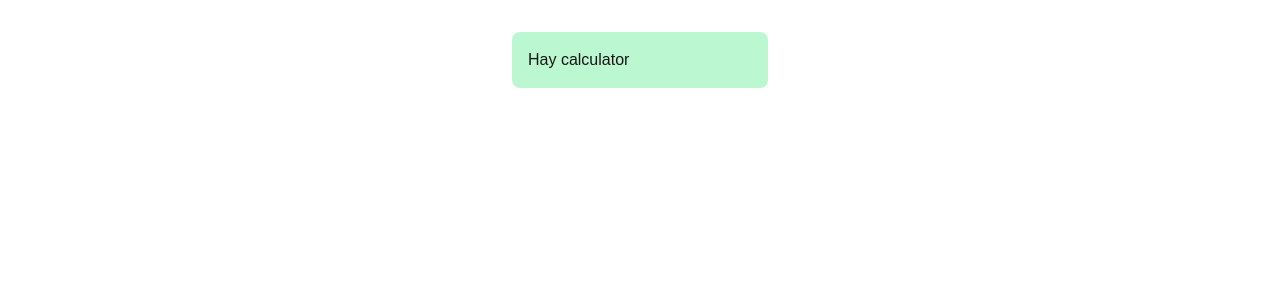
Repository: Sirinegaddour11/Calculator-App
Page: /
These files come from the project's save history. The page is drawn as it stood at one moment and after a run of saves; the edit follows.
The browser window is 1280 px wide. The pictures show the whole page.
The project was rebuilt for these pictures with package versions that can differ from the ones it lists, and the page was loaded fresh each time. The framework's server and built-in components were replaced by stand-ins that run in the browser. Also part of the build but not shown: next.config.mjs.

Above is the page before, as saved 2024-09-16 13:26:57.

### app/page.tsx
import Calculator from "@/components/calculator";
import Image from "next/image";

export default function Home() {
  return (
    <div>
      <Calculator />
    </div>
  );
}

### components/calculator.tsx
import React from 'react'

const Calculator = () => {
  return (
    <div className='w-64 mx-auto mt-8 p-4 bg-green-200 rounded-lg sh'>Hay calculator</div>
  )
}

export default Calculator

Loaded but not shown: app/layout.tsx (common file); app/globals.css (common file); tailwind.config.ts (common file)

After the next 2 saves:
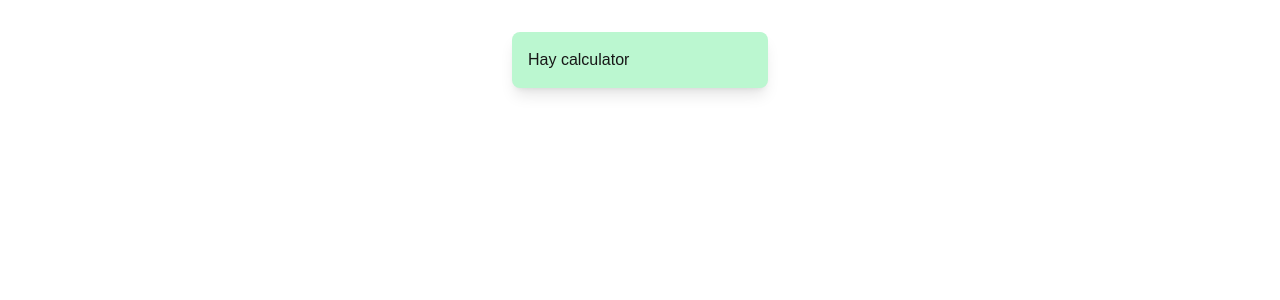
The 2 saves are shown as one change because they came seconds apart.
The last was saved 11 s later.
--- a/components/calculator.tsx
+++ b/components/calculator.tsx
@@ -2,7 +2,7 @@ import React from 'react'
 
 const Calculator = () => {
   return (
-    <div className='w-64 mx-auto mt-8 p-4 bg-green-200 rounded-lg sh'>Hay calculator</div>
+    <div className='w-64 mx-auto mt-8 p-4 bg-green-200 rounded-lg shadow-lg '>Hay calculator</div>
   )
 }
 
